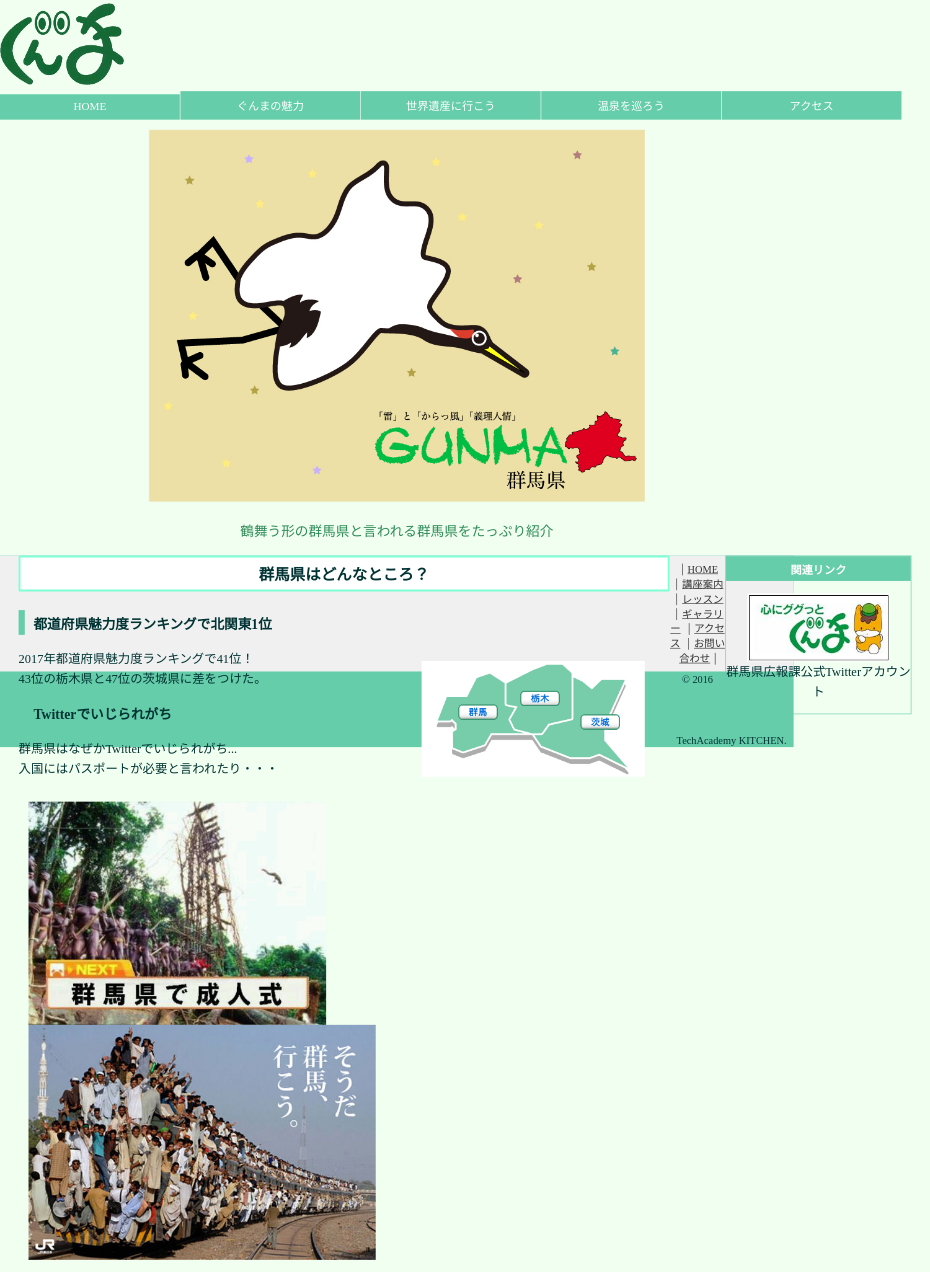
Repository: erinakatagiri/gomi
Page: gunma/Gunma.html
The author's editor kept a record of every edit. The page is drawn from the files as they stood at one moment, then again after the next edit.
The browser window is 1280 px wide. The page is 1500 px wide, so the pictures cover 1500 px, including what lies to the right of the window. The pictures show the whole page, at 62% of full size.

Above is the page before.

### gunma/Gunma.html
<!DOCTYPE html>
<html lang="ja"
    <head>
        <meta charset="UTF-8">
        <title>Gunma</title>
        <link rel="stylesheet" href="Gunma.css"
    </head>
    <body>
        <!--ここからヘッダー-->
        <header>
            <h1><a href="GUnma.html"><img src="images_gunma/logo.gif" alt="ぐんま"></a></h1>
            <nav id="global_navi">
                <ul>
                    <li class="current"><a href="Gunma.html">HOME</a></li>
                    <li><a href="miryoku.html">ぐんまの魅力</a></li>
                    <li><a href="sekaiisan.html">世界遺産に行こう</a></li>
                    <li><a href="onsen.html">温泉を巡ろう</a></li>
                    <li><a href="access.html">アクセス</a></li>
                </ul>
            </nav>
        </header>
            <div id="main_visual">
                <img src="images_gunma/tsuru.jpg" alt="鶴">
            </div>
            <div id="intro">
                <p>鶴舞う形の群馬県と言われる群馬県をたっぷり紹介</p>
            </div>
               <div id="wrapper">
            <div id="main">
                <section id="point">
                    <h2>群馬県はどんなところ？</h2>
                    <section>
                        <h3>都道府県魅力度ランキングで北関東1位</h3>
                        <figure>
                            <img src="images_gunma/kkanto.gif" alt="北関東">
                        </figure>
                        <p>
                            2017年都道府県魅力度ランキングで41位！<br>
                            43位の栃木県と47位の茨城県に差をつけた。<br>
                    </section>
                    <section>
                        <h3>Twitterでいじられがち</h3>
                        <figure>
                            <img src="images_gunma/seijinshiki.jpg" alt="群馬の成人式">
                            <img src="images_gunma/gunmahe.jpg" alt="群馬へ行こう">

                        </figure>
                        <p>
                            群馬県はなぜかTwitterでいじられがち...<br>
                            入国にはパスポートが必要と言われたり・・・
                        </p>
                    </section>
                </section>
            </div>
            <!--メインここまで-->
            <!--ここからサイド-->
            <aside id="sidebar">
                <section id="side_banner">
                    <h2>関連リンク</h2>
                    <ul>
                        <li>
                            <a href="https://twitter.com/gunmapref_koho"><img src="images_gunma/kokoro.jpg" alt="Twitter"></a>
                            <p>群馬県広報課公式Twitterアカウント</p>
                        </li>
                    </ul>
                </section>
            </aside>
            <!--サイドここまで-->
        </div>
        <!--wrapperここまで-->
        <!--ここからフッター-->
        <footer>
            <div id="footer_navi">
                <ul>
                    <li><a href="kitchen.html">HOME</a></li>
                    <li><a href="course.html">講座案内</a></li>
                    <li><a href="lesson.html">レッスン</a></li>
                    <li><a href="gallery.html">ギャラリー</a></li>
                    <li><a href="access.html">アクセス</a></li>
                    <li><a href="contact.html">お問い合わせ</a></li>
                </ul>
            </div>
            <small>&copy; 2016 TechAcademy KITCHEN.</small>
        </footer>
        <!--フッターここまで-->
    </body>
</html>

### gunma/Gunma.css
@charset "UTF-8";

body{
    margin: 0;
    padding: 0;
    color: #033;
    font-size: 20px;
    background-color: #f0fff0;
}
a {
    color: #333;
}
a: visited {
    color: #dc143c;
}
a:hover {
    color: #333;
    font-weight: 700;
    text-decoration: none;
}
h1,h2,h3,h4,h5,h6 {
    margin-top: 0;
}
p {
    margin-top: 0;
    line-height: 1.6;
}
img {
    vertical-align: bottom;
}
#main h2 {
    background: #fff;
    font-size: 25px;
    padding: 8px 22px;
    border-radius: 2px;
    border: 3px solid #7fffd4;
    margin-bottom: 30px
}
#main h3 {
    font-size: 16px;
    border-left: solid 10px #66cdaa;
    padding: 4px 9px 4px 14px;
}
header {
    width: 1500px;
    margin: 0 auto;
}
header h1 {
    margin: 5px 0 10px;
}
#global_navi {
    margin-bottom: 16px;
}
#global_navi ul {
    font-size: 0;
    list-style: none;
    margin: 0;
    padding: 0;
}
#global_navi ul li {
    font-size: 18px;
    display: inline-block;
    width: 290px;
    margin-right: 1px;
    text-align: center;
}
#global_navi ul li a {
    display: block;
    padding: 10px 16px;
    background-color: #66cdaa;
    color: #fff;
    text-decoration: none;
    transition: background-color .2s linear;
}

#main_visual{
    text-align: center;
    width: 1200px;
    height: 600px;
    margin: 0 auto 30px;
}
#intro{
    font-size: 22px;
    color: #2e8b57;
    text-align: center;
    margin-top: 20px;
}
#point h2{
    text-align: center;
}
#point h3{
    font-size: 22px;
}
#point figure{
    float: right;
    margin-left: 16px;
    margin-bottom: 20px;
}
.clearfix::after {
    content: '';
    display: block;
    clear: both;
}
#body{
    width: 1500px;
}
#wrapper{
    width: 1500px;
    margin: 0 auto;
}
#main{
    width: 70%;
    float: left;
    margin-left: 30px;
}
#sidebar{
    width: 20%;
    float: right;
    margin-right: 30px;
}
#side_banner ul {
    list-style: none;
    padding: 0;
}

#side_banner {
    margin-bottom: 30px;
    border: 1px solid #66cdaa;
    text-align: center;
}

#side_banner h2 {
    background-color: #66cdaa;
    color: #fff;
    padding: 7px;
    font-size: 18px;
    text-align: center;
}
footer #footer_navi ul {
    list-style: none;
    margin: 0;
    padding: 0;
    text-align: center;
}
footer {
    background-color: #66cdaa;
    text-align: center;
}
footer #footer_navi {
    background-color: #f0f0f0;
    padding: 10px 0;
}
footer #footer_navi li {
    display: inline;
    border-left: solid 1px #333;
    margin-left: 8px;
    padding-left: 8px;
    font-size: smaller;
}

footer #footer_navi li:last-child {
  border-right: solid 1px #333;
  padding: 0 8px;
}

After the next edit:
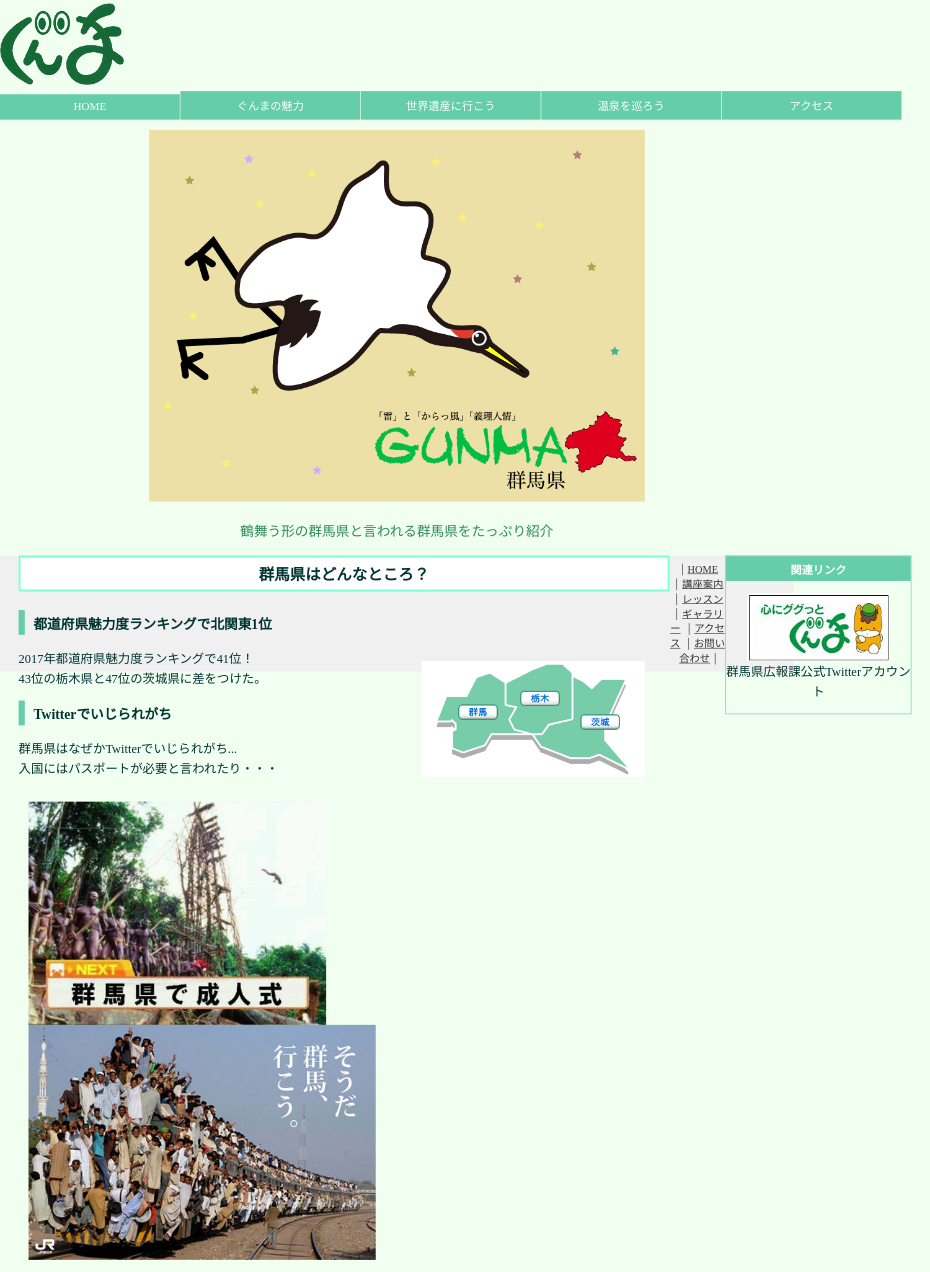
The edit:
--- a/gunma/Gunma.html
+++ b/gunma/Gunma.html
@@ -80,8 +80,7 @@
                     <li><a href="contact.html">お問い合わせ</a></li>
                 </ul>
             </div>
-            <small>&copy; 2016 TechAcademy KITCHEN.</small>
-        </footer>
+            </footer>
         <!--フッターここまで-->
     </body>
 </html>
